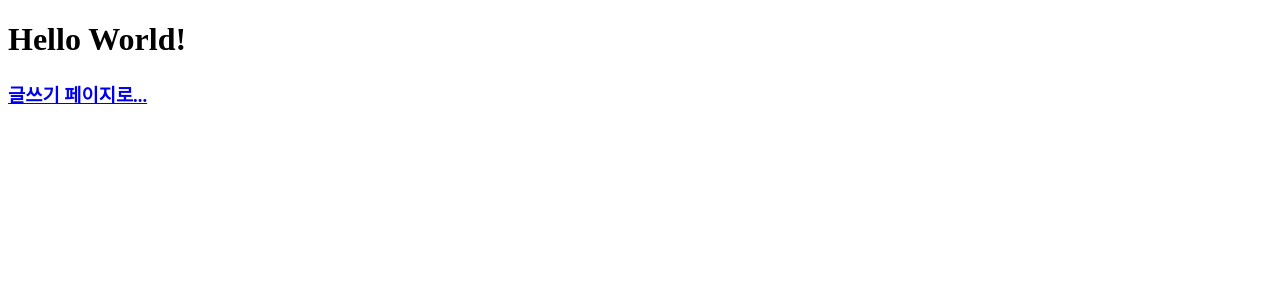
Repository: HaeunOh/study
Page: http://localhost/jsp_study/index.jsp
These files come from the project's save history. The page is drawn as it stood at one moment and after the next save; the edit follows.
The browser window is 1280 px wide. The pictures show the whole page.
The page is served by Tomcat 9. Other server files are loaded and not shown.

Above is the page before, as saved 2024-04-12 05:48:51.

### _jsp_workspace/jsp_study/src/main/webapp/index.jsp
<%@ page language="java" contentType="text/html; charset=UTF-8"
    pageEncoding="UTF-8"%>
<!DOCTYPE html>
<html>
<head>
<meta charset="UTF-8">
<title>Insert title here</title>
</head>
<body>
	<h1>Hello World!</h1>
	<h3>
		<a href="/brd/register">글쓰기 페이지로...</a>
	</h3>
</body>
</html>

After the next save:
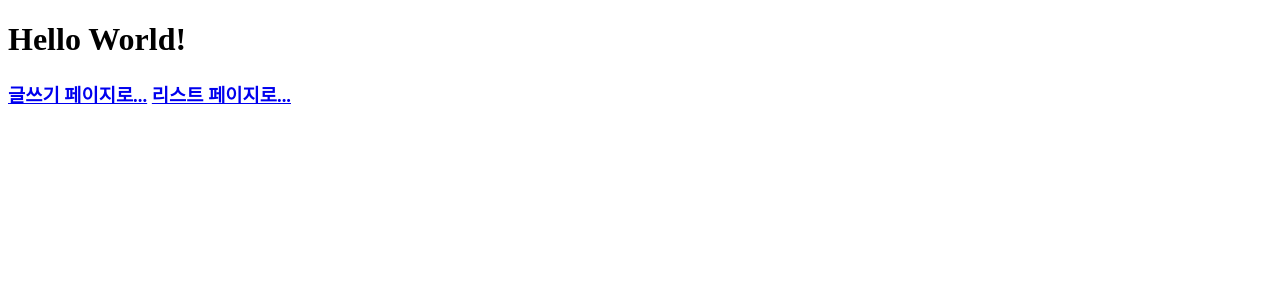
Saved 25 s later.
--- a/_jsp_workspace/jsp_study/src/main/webapp/index.jsp
+++ b/_jsp_workspace/jsp_study/src/main/webapp/index.jsp
@@ -10,6 +10,7 @@
 	<h1>Hello World!</h1>
 	<h3>
 		<a href="/brd/register">글쓰기 페이지로...</a>
+		<a href="/brd/list">리스트 페이지로...</a>
 	</h3>
 </body>
 </html>
